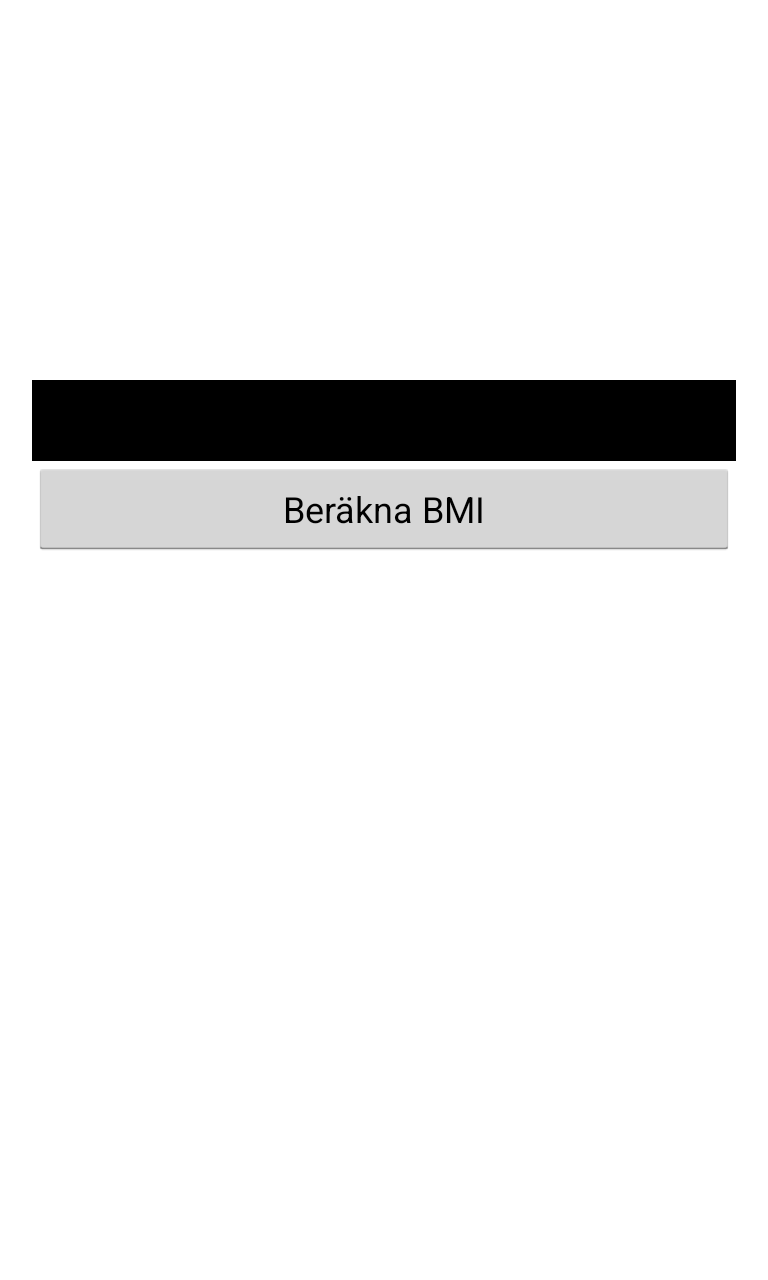
Repository: ek222mw/IDV436_API_Komponent
Layout: labb1_BMI/res/layout/activity_main.xml
An editor plug-in stored every save of this project. The layout is shown before and after the next save, followed by the edit.
It is drawn on a 768 x 1280 px phone screen (xhdpi) without system bars, with theme AppTheme; the app's code is not run.

Above is the layout before, as saved 2014-11-17 13:05:30.

### labb1_BMI/res/layout/activity_main.xml
<LinearLayout xmlns:android="http://schemas.android.com/apk/res/android"
    xmlns:tools="http://schemas.android.com/tools"
    android:orientation="vertical"
    android:layout_width="match_parent"
    android:layout_height="match_parent"
    android:paddingBottom="@dimen/activity_vertical_margin"
    android:paddingLeft="@dimen/activity_horizontal_margin"
    android:paddingRight="@dimen/activity_horizontal_margin"
    android:paddingTop="@dimen/activity_vertical_margin"
    tools:context="com.example.randomize.RandomNum" >


     <TextView
        android:id="@+id/result"
        android:layout_width="wrap_content"
        android:layout_height="wrap_content"
        android:text="@string/result"
        android:layout_gravity="center"
        android:textSize="100sp"
         />

    <EditText android:id="@+id/edit_text"

        android:layout_width="wrap_content"
        android:layout_height="wrap_content"
        android:textColor="#fff"
		android:background="#000"
        android:gravity="center"
        android:textSize="30sp"
        android:hint="@string/edit_text_Length" />

    <EditText android:id="@+id/edit_text_Weight"

        android:layout_width="match_parent"
        android:layout_height="wrap_content"
        android:textColor="#fff"
		android:background="#000"
        android:gravity="center"
        android:textSize="30sp"
        android:hint="@string/edit_text_Weight" />

    <Button android:id="@+id/Button_Send"
        android:layout_width="match_parent"
        android:layout_height="wrap_content"
        android:layout_gravity="center"
        android:text="@string/button_text" />

</LinearLayout>

### labb1_BMI/res/values/strings.xml
<?xml version="1.0" encoding="utf-8"?>
<resources>

    <string name="app_name">labb1_BMI</string>
    <string name="result"></string>
    <string name="edit_text_Length"></string>
    <string name="edit_text_Weight"></string>
    <string name="button_text">Beräkna BMI</string>
    <string name="action_settings">Settings</string>

</resources>

Loaded but not shown: labb1_BMI/res/values/styles.xml (common file); labb1_BMI/res/values-v11/styles.xml (common file); labb1_BMI/res/values-v14/styles.xml (common file); labb1_BMI/res/values/dimens.xml (common file); labb1_BMI/res/values-w820dp/dimens.xml (common file)

After the next save:
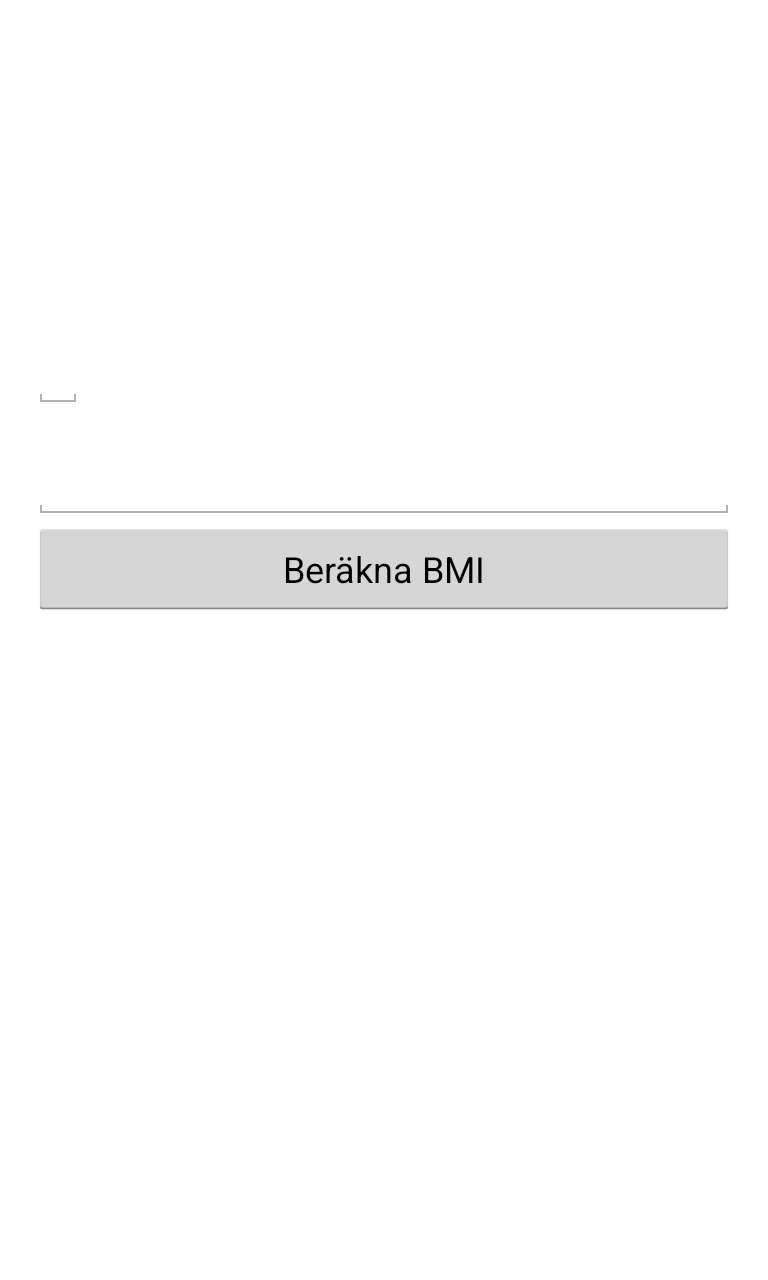
Saved 56 s later.
--- a/labb1_BMI/res/layout/activity_main.xml
+++ b/labb1_BMI/res/layout/activity_main.xml
@@ -23,8 +23,7 @@
 
         android:layout_width="wrap_content"
         android:layout_height="wrap_content"
-        android:textColor="#fff"
-		android:background="#000"
+
         android:gravity="center"
         android:textSize="30sp"
         android:hint="@string/edit_text_Length" />
@@ -33,8 +32,7 @@
 
         android:layout_width="match_parent"
         android:layout_height="wrap_content"
-        android:textColor="#fff"
-		android:background="#000"
+
         android:gravity="center"
         android:textSize="30sp"
         android:hint="@string/edit_text_Weight" />
